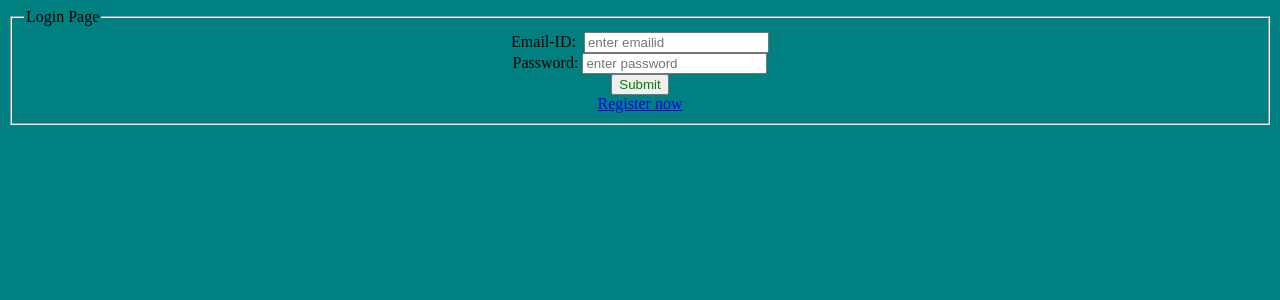
Repository: Tharungandhi/ServeltProject
Page: ServletJDBCApp/WebContent/login.html
An editor plug-in stored every save of this project. The page is shown before and after the next save, followed by the edit.
The browser window is 1280 px wide. The pictures show the whole page.

Above is the page before, as saved 2019-01-29 10:49:47.

### ServletJDBCApp/WebContent/login.html
















<!DOCTYPE html>
<html>
<head>
<style>
    body {
      background-color: teal;
    }



</style>
<meta charset="UTF-8">
<title>Login Page</title>
</head>
<body>
<form action="login" method="post">

<fieldset>
<legend> Login Page</legend>
<div align="center">
<div>
<label>Email-ID:</label>
&nbsp;<input type="email" name="emailid"  placeholder="enter emailid" value="" required/> </div>
<div>
<label>Password:</label>
<input type="password" name="password"  placeholder="enter password" value="" required/> </div>
<input style='color: green' type="submit" name="submit"/>
<div>
<a href=registration.html> Register now </a> </div>
</div>
</fieldset>
</form>
</body>
</html>

After the next save:
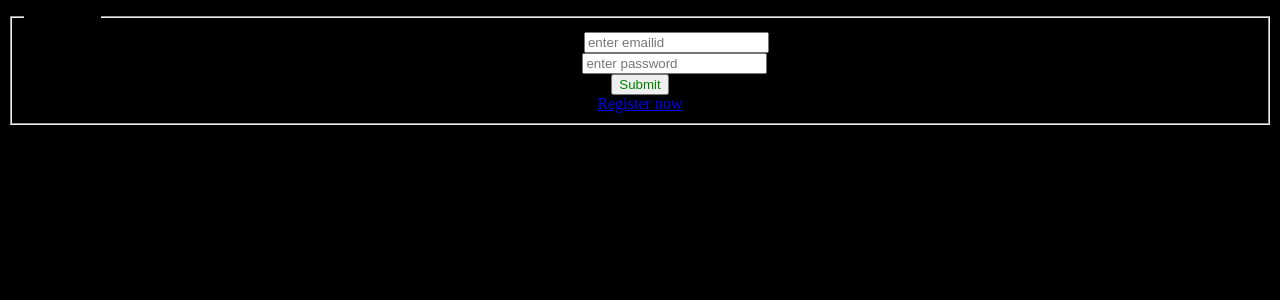
Saved 52 s later.
--- a/ServletJDBCApp/WebContent/login.html
+++ b/ServletJDBCApp/WebContent/login.html
@@ -19,7 +19,7 @@
 <head>
 <style>
     body {
-      background-color: teal;
+      background-color: infotext;
     }
 
 
